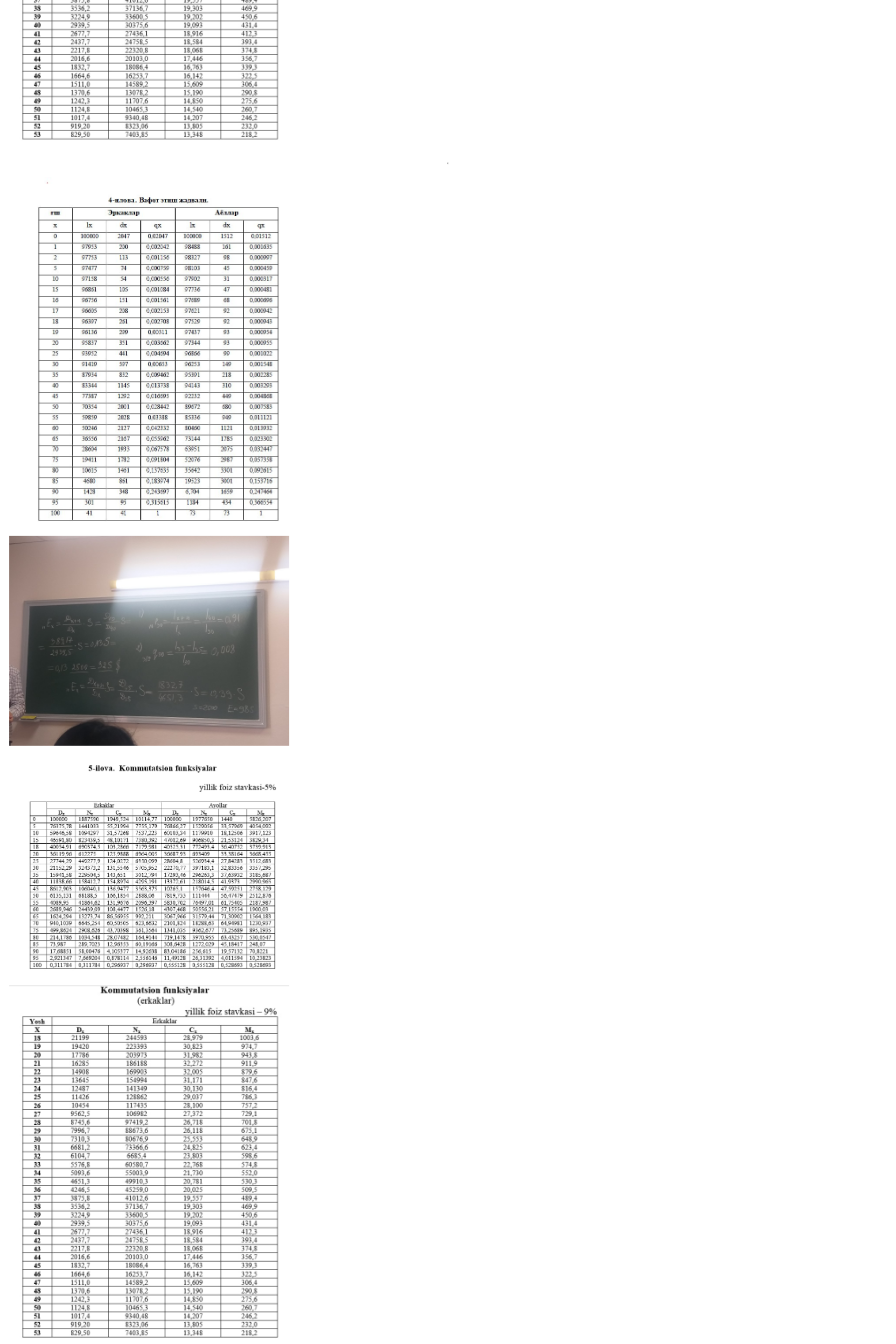
Repository: Ikromkhurozov/exam-inst
Page: index.html
An editor plug-in stored every save of this project. The page is shown before and after the next save, followed by the edit.
The browser window is 1280 px wide. The pictures show the part of the page from y = 1481 to 3401 px (the page is 3431 px tall before and 3123 px after), at 70% of full size.

Above is the page before, as saved 2023-05-26 09:47:35.

After the next save:
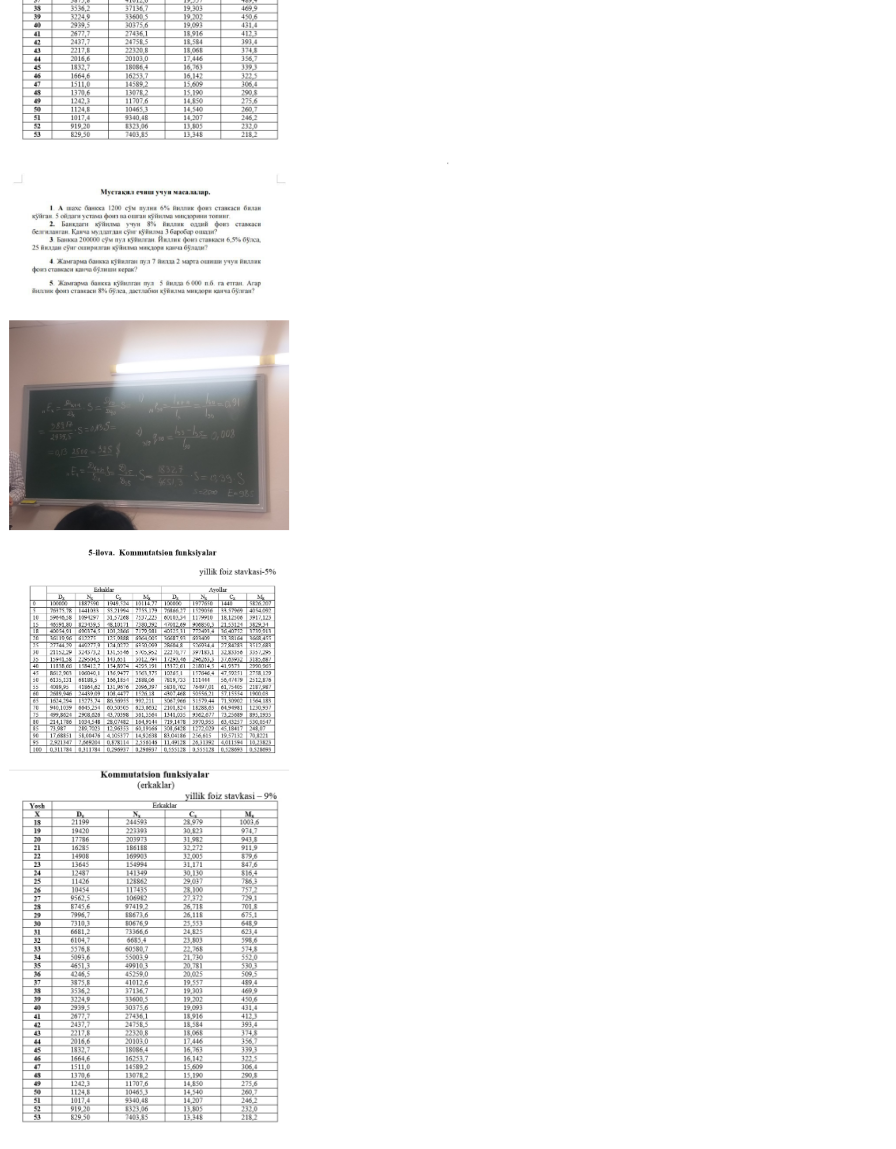
Saved 4 min 47 s later.
--- a/index.html
+++ b/index.html
@@ -30,7 +30,7 @@
 
   <hr>
 
-  <img src="/p1.jpg" alt="p1">
+  <img src="/1.jpg" alt="p1">
   <img src="/p4.jpg" alt="p4">
   <img src="/p2.jpg" alt="p2">
   <img src="/p3.jpg" alt="p3">
